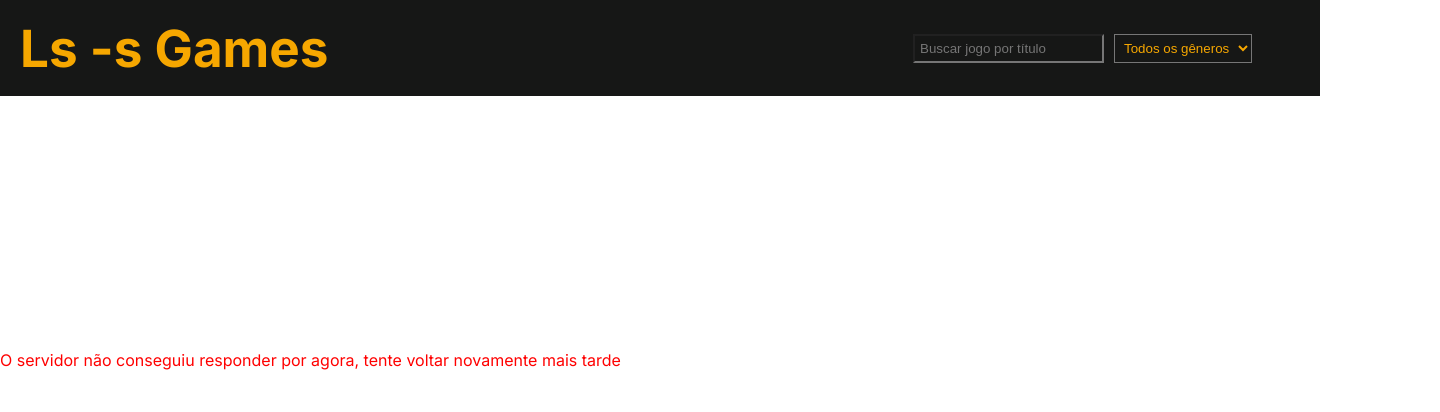
Repository: nlemuel/games-front-test
Page: /
An editor plug-in stored every save of this project. The page is shown before and after the next save, followed by the edit.
The browser window is 1280 px wide. The page is 1440 px wide, so the pictures cover 1440 px, including what lies to the right of the window. The pictures show the whole page.
The page's requests for data from a server got no answer. The project was rebuilt for these pictures with package versions that can differ from the ones it lists, and the page was loaded fresh each time. No one was signed in, and anything a server would have sent is missing. Also part of the build but not shown: vite.config.ts.

Above is the page before, as saved 2023-06-25 20:58:49.

After the next save:
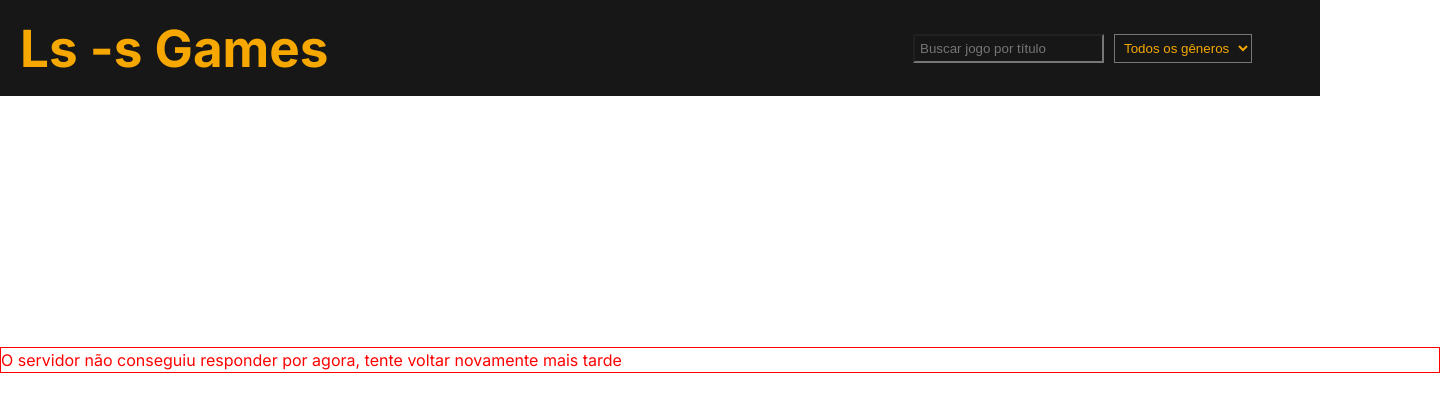
Saved 49 s later.
--- a/src/components/ErrorMessage/styles.tsx
+++ b/src/components/ErrorMessage/styles.tsx
@@ -4,6 +4,7 @@ const ErrorMessage = styled.p`
   color: red;
   display: flex;
   align-items: center;
+  border: 1px solid
 `;
 
 export default ErrorMessage;
